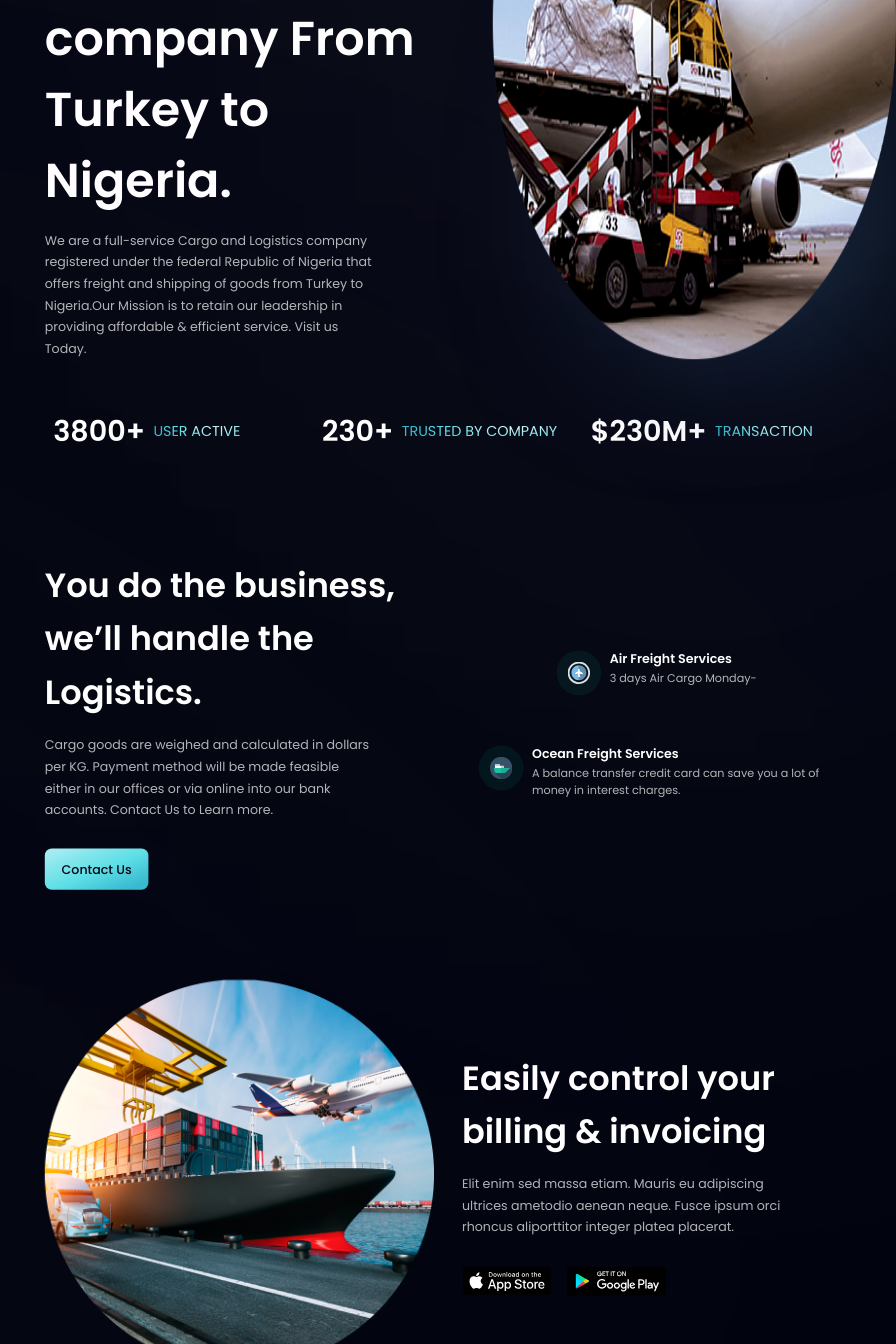
Repository: Miracleoluebube/captionlogistics
Page: /
The author's editor kept a copy of each file at every save. The page is drawn from the files as they stood at one save, then again after a run of saves.
The browser window is 1280 px wide. The pictures show the part of the page from y = 593 to 2513 px (the page is 5409 px tall), at 70% of full size.
The project was rebuilt for these pictures with package versions that can differ from the ones it lists, and the page was loaded fresh each time. Also part of the build but not shown: vite.config.js.

Above is the page before, as saved 2022-10-02 12:52:29.

After the next 2 saves:
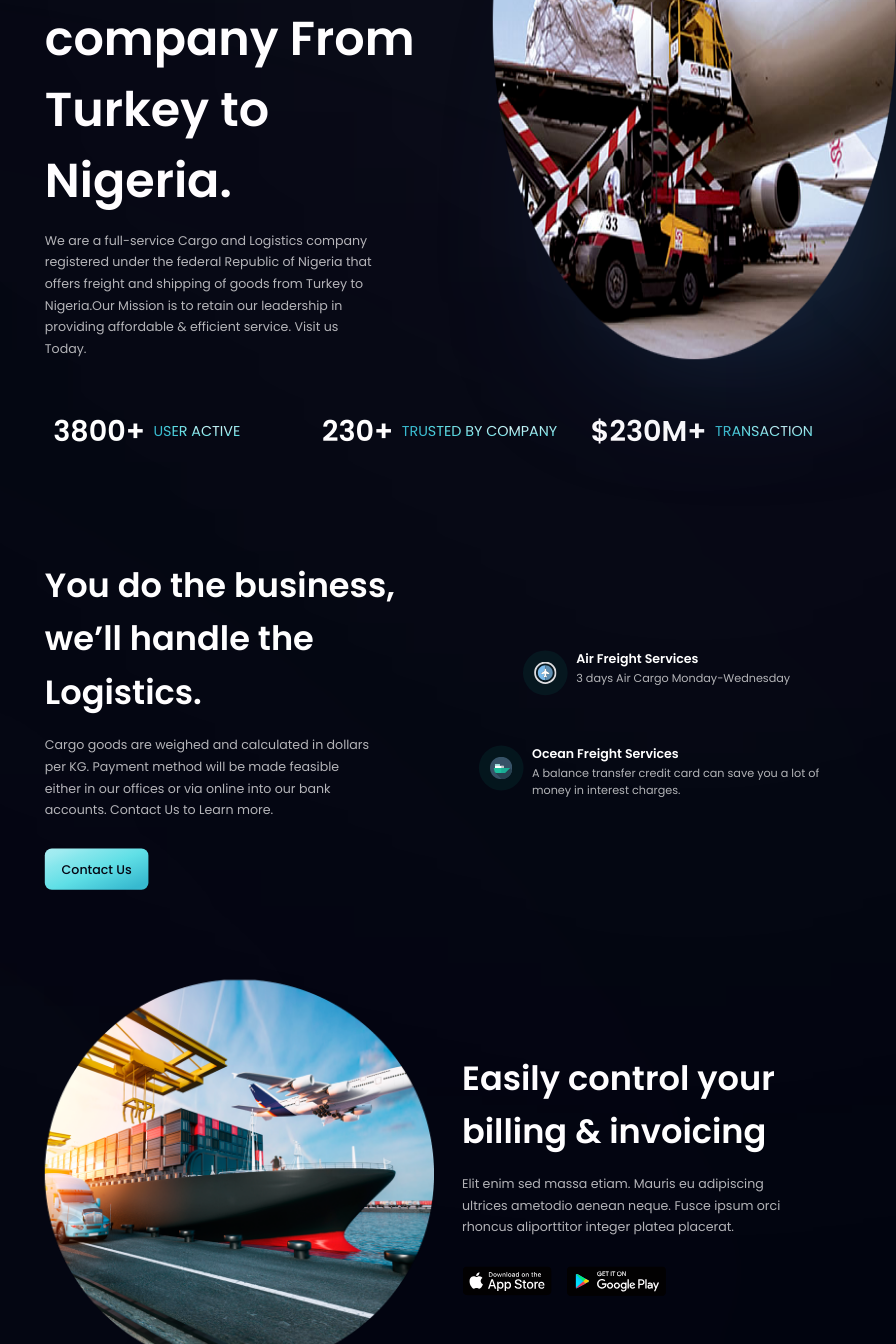
The 2 saves are shown as one change because they came seconds apart.
The last was saved 7 s later.
--- a/src/constants/index.js
+++ b/src/constants/index.js
@@ -30,7 +30,7 @@
     icon: star,
     title: "Air Freight Services",
     content:
-      "3 days Air Cargo Monday-",
+      "3 days Air Cargo Monday-Wednesday",
 
   },
   /*{
